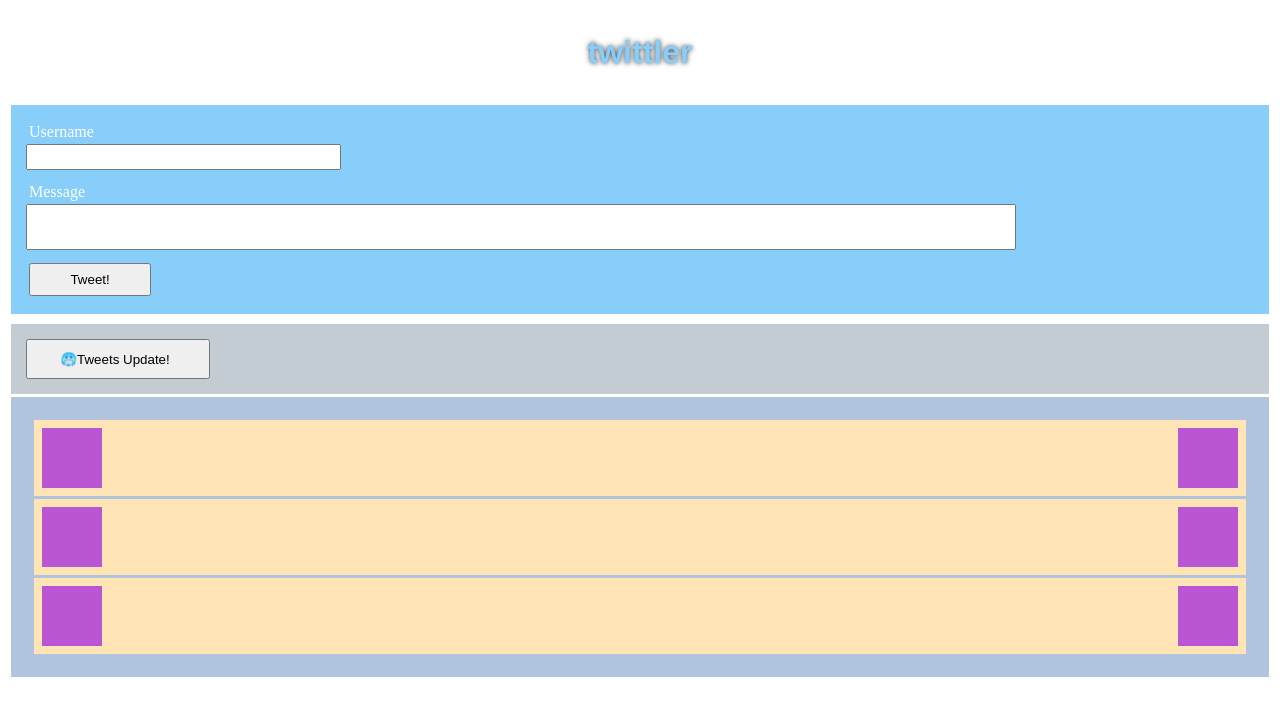
Repository: rlatlswo135/my_workstation
Page: im-sprint-twittler-master/index.html
An editor plug-in stored every save of this project. The page is shown before and after the next save, followed by the edit.
The browser window is 1280 px wide. The pictures show the whole page.

Above is the page before, as saved 2021-05-27 15:11:53.
Console error: TypeError: Cannot set properties of null (setting 'innerHTML')

After the next save:
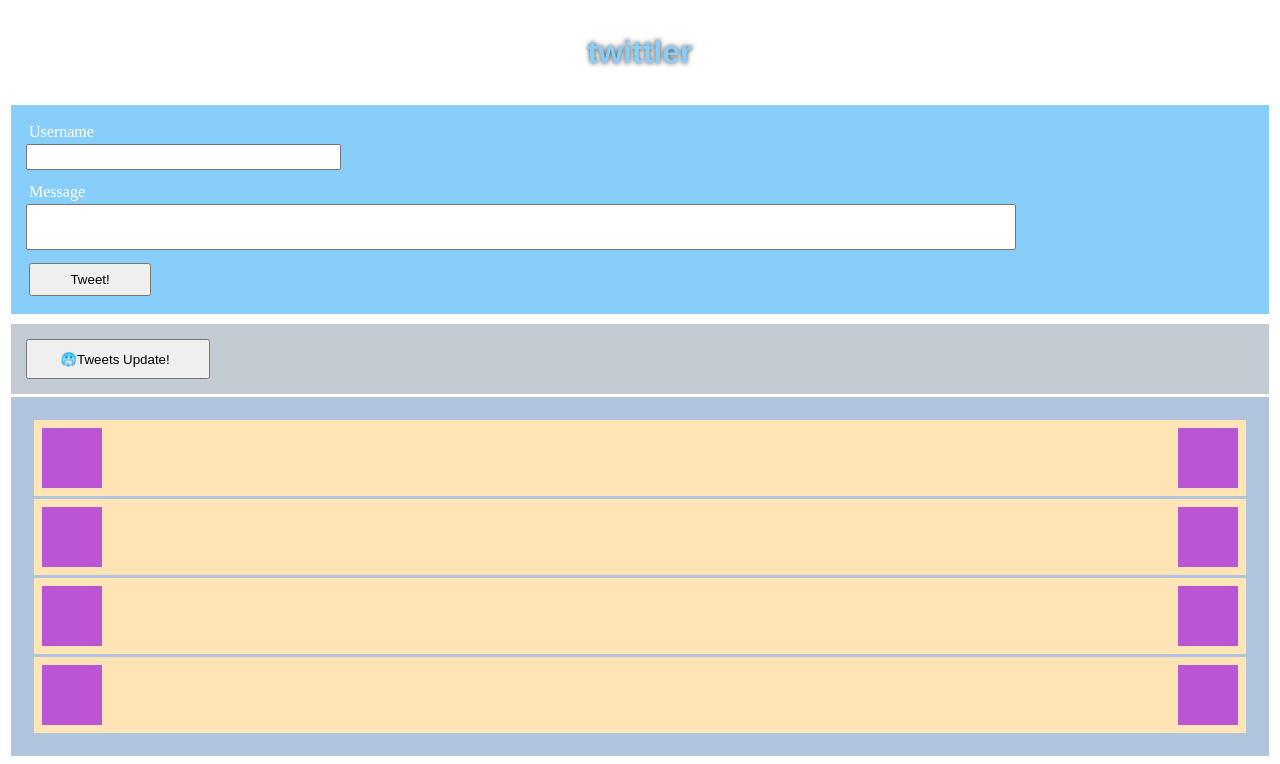
Saved 29 s later.
--- a/im-sprint-twittler-master/index.html
+++ b/im-sprint-twittler-master/index.html
@@ -32,6 +32,10 @@
     <div class="box"></div>
     <div class="box"></div>
   </div>
+  <div class="contaner">
+    <div class="box"></div>
+    <div class="box"></div>
+  </div>
 </div>
   <script src="script.js"></script>
 </body>
